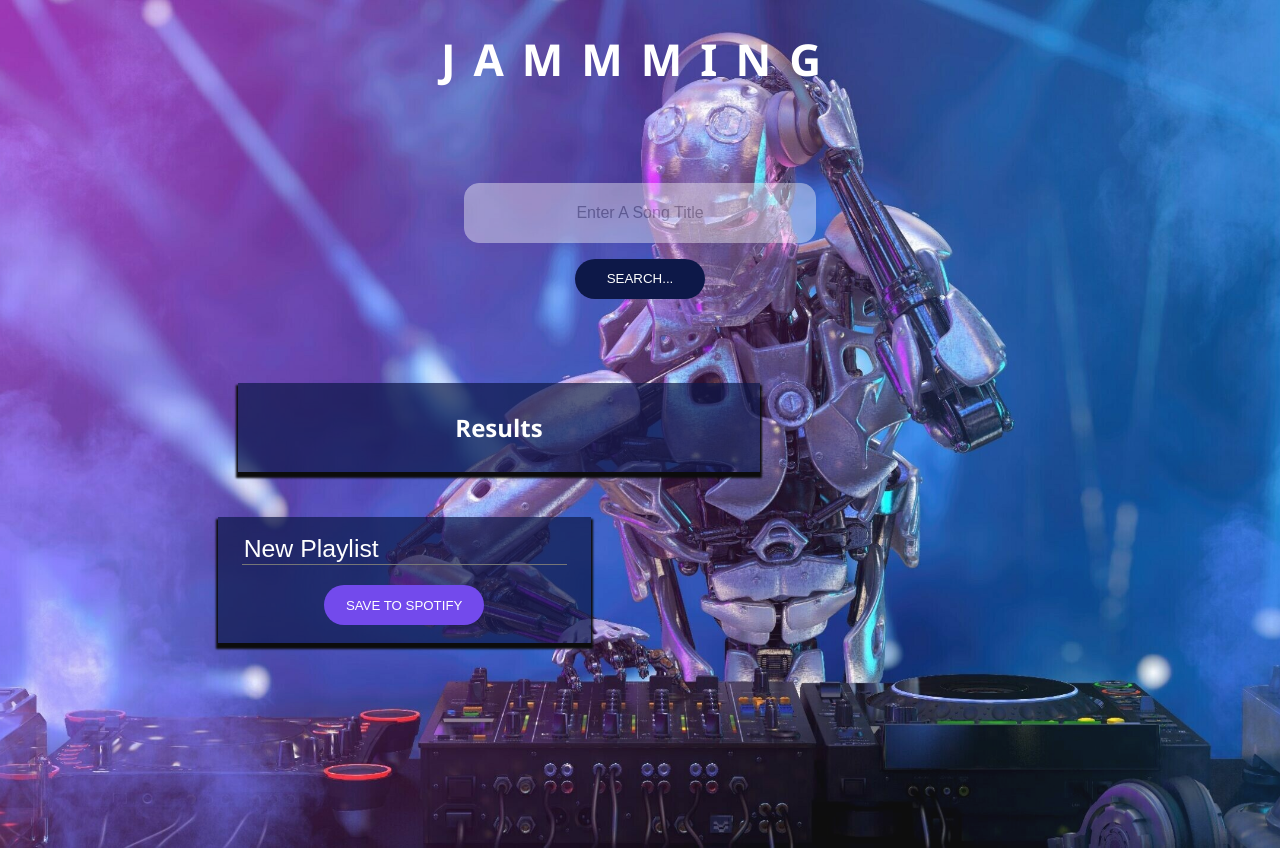
Repository: LolaSL/jamming
Page: /
An editor plug-in stored every save of this project. The page is shown before and after the next save, followed by the edit.
The browser window is 1280 px wide. The pictures show the whole page.
The project was rebuilt for these pictures with package versions that can differ from the ones it lists, and the page was loaded fresh each time. Also part of the build but not shown: src/components/Track/Track.css, src/components/Track/Track.jsx.

Above is the page before, as saved 2023-06-22 19:14:02.

After the next save:
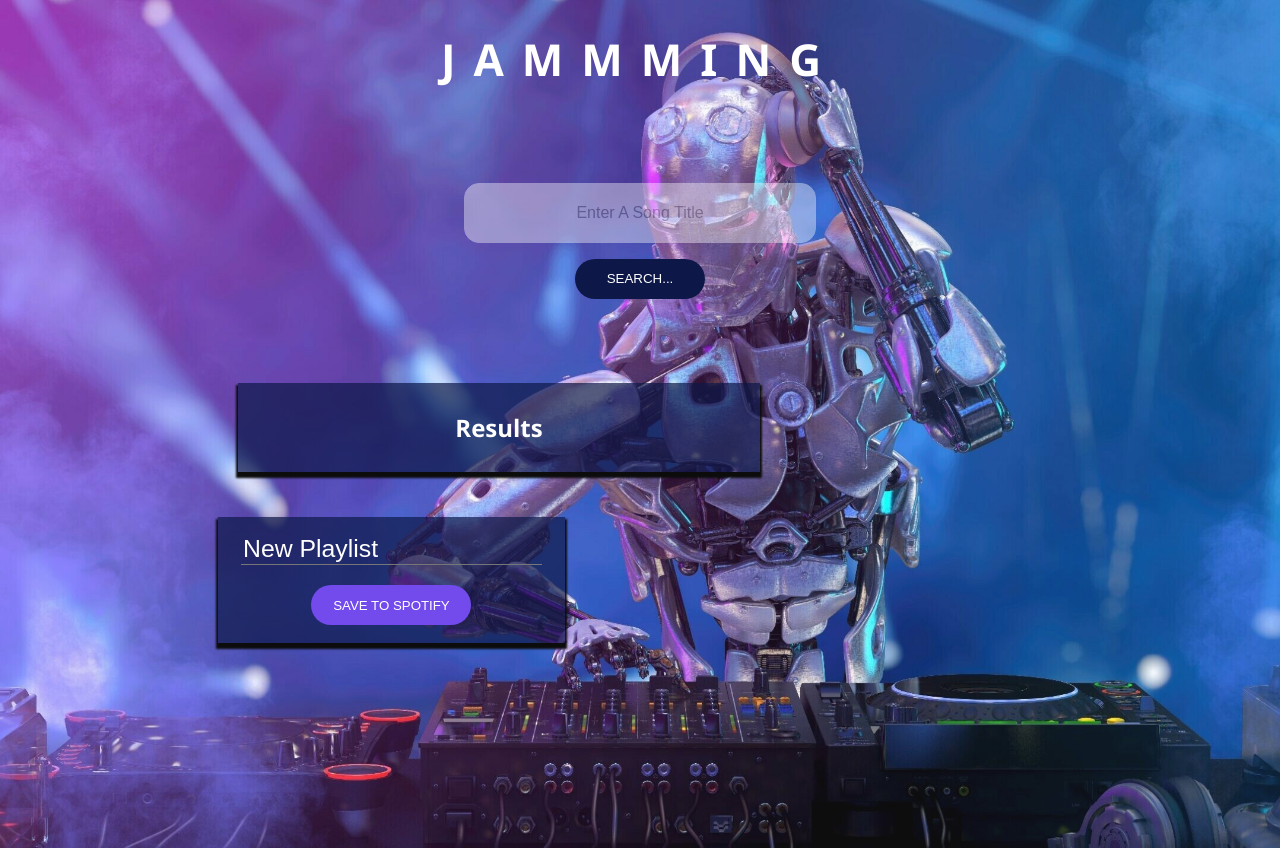
Saved 9 s later.
--- a/src/components/PlayList/PlayList.css
+++ b/src/components/PlayList/PlayList.css
@@ -3,7 +3,7 @@
     flex-direction: column;
     align-items: center;
     overflow-y: scroll;
-    width: 40%;
+    width: 37%;
     max-height: 700px;
     padding: 1.1rem;
     background-color: rgba(1, 12, 63, 0.7);
